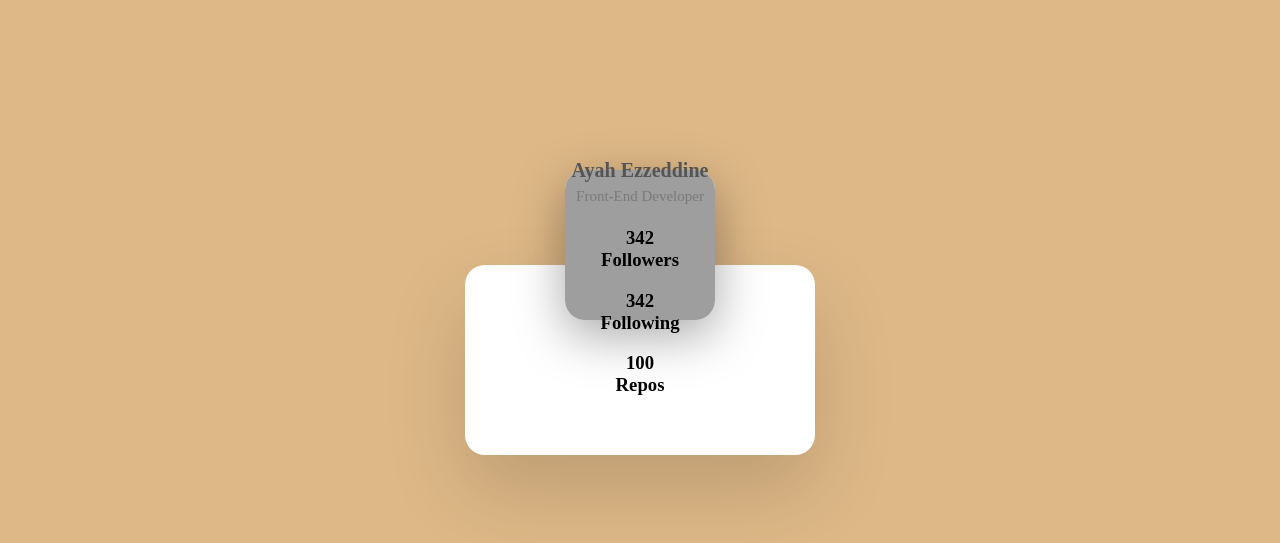
Repository: ayah1996/Github-Profiles
Page: index.html
An editor plug-in stored every save of this project. The page is shown before and after the next save, followed by the edit.
The browser window is 1280 px wide. The pictures show the whole page.
Pictures or frames that could not be fetched are drawn as grey boxes. The page's requests for data from a server got no answer.

Above is the page before, as saved 2023-01-26 14:18:23.

After the next save:
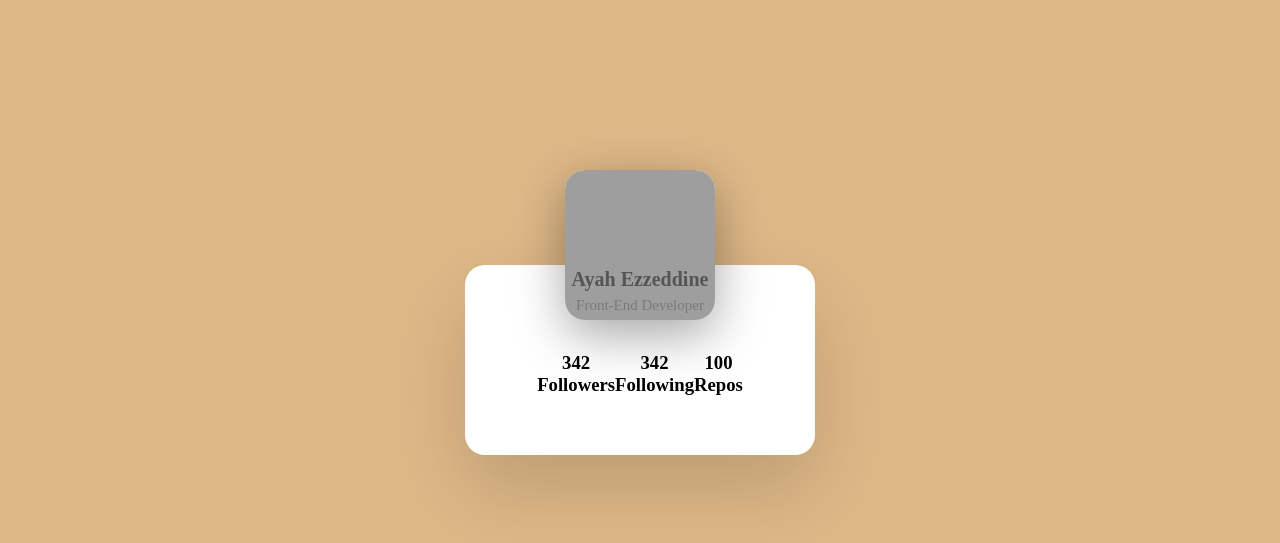
Saved 82 s later.
--- a/style.css
+++ b/style.css
@@ -84,3 +84,8 @@ body {
   font-weight: 500;
   opacity: 0.5;
 }
+
+.card .details .data {
+  display: flex;
+  justify-content: center;
+}
